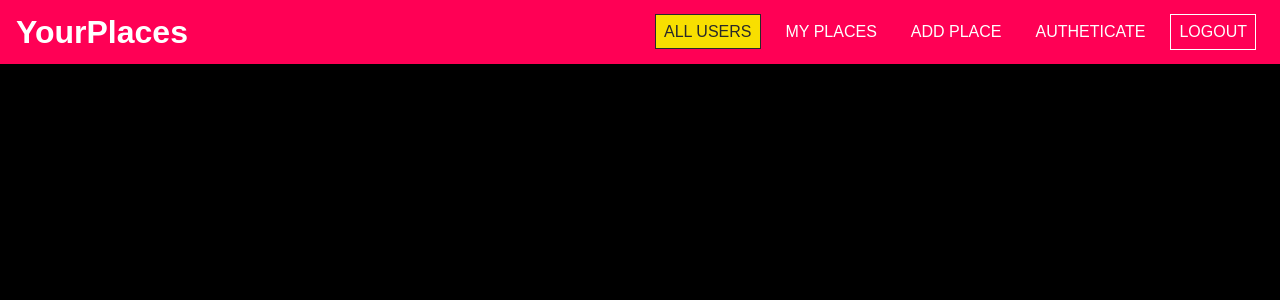
Repository: TanviSanyal/ImageEditingBootcamp
Page: /
The author's editor kept a copy of each file at every save. The page is drawn from the files as they stood at one save, then again after the next save.
The browser window is 1280 px wide. The pictures show the whole page.
The project was rebuilt for these pictures with package versions that can differ from the ones it lists, and the page was loaded fresh each time. Also part of the build but not shown: src/shared/components/navigation/SideDrawer.css, src/shared/components/UIElements/Backdrop.css, src/shared/components/UIElements/Backdrop.js.

Above is the page before, as saved 2020-09-26 22:44:23.

### public/index.html
<!DOCTYPE html>
<html lang="en">
  <head>
    <meta charset="utf-8" />
    <link rel="icon" href="%PUBLIC_URL%/favicon.ico" />
    <meta name="viewport" content="width=device-width, initial-scale=1" />
    <meta name="theme-color" content="#000000" />
    <meta
      name="description"
      content="Web site created using create-react-app"
    />
    <link rel="apple-touch-icon" href="%PUBLIC_URL%/logo192.png" />
    <link rel="manifest" href="%PUBLIC_URL%/manifest.json" />
    <title>React App</title>
  </head>
  <body>
    <noscript>You need to enable JavaScript to run this app.</noscript>
    <div id="backdrop-hook"></div>
    <div id="modal-hook"></div>
    <div id="drawer-hook"></div>
    <div id="root"></div>
  </body>
</html>

### src/index.css
@import url('https://fonts.googleapis.com/css?family=Open+Sans:400,700&display=swap');

* {
  box-sizing: border-box;
}

html {
  font-family:Arial, Helvetica, sans-serif;
	font-weight:normal;
}

body {
  margin: 0;
  background: black;
}

### src/App.js
import React from 'react';
import {
  BrowserRouter as Router,
  Route,
  Redirect,
  Switch
} from 'react-router-dom';
import './App.css'
import MainNavigation from '../src/shared/components/navigation/MainNavigation';


const App = () => {

  // <Switch>
  //   <Route path="/" exact>
  //     {/* <Users /> */}
  //   </Route>
  //   <Route path="/:userId/places" exact>
  //     {/* <UserPlaces /> */}
  //   </Route>
  //   <Route path="/places/new" exact>
  //     {/* <NewPlace /> */}
  //   </Route>
  //   <Route path='/places/:placeId'>
  //     {/* <UpdatePlace /> */}
  //   </Route>
  //   <Redirect to="/" />
  // </Switch>

  return (
    <Router>
      <MainNavigation />
      <main className="main-body">
        <span>welcome to</span>
        <span> Online Image Editing Bootcamp</span>
      </main>
    </Router>
  );
};

export default App;

### src/App.css
main {
  text-align: center;
  align-items: center;
  padding-top: 30vh;
}

### src/shared/components/navigation/MainNavigation.js
import React, { useState } from 'react';
import { Link } from 'react-router-dom';

import MainHeader from './MainHeader';
import NavLinks from './NavLinks';
import SideDrawer from './SideDrawer';
import Backdrop from '../UIElements/Backdrop';
import './MainNavigation.css';

const MainNavigation = props => {
  const [drawerIsOpen, setDrawerIsOpen] = useState(false);

  const openDrawerHandler = () => {
    setDrawerIsOpen(true);
  };

  const closeDrawerHandler = () => {
    setDrawerIsOpen(false);
  };

  return (
    <React.Fragment>
      {drawerIsOpen && <Backdrop onClick={closeDrawerHandler} />}
      <SideDrawer show={drawerIsOpen} onClick={closeDrawerHandler}>
        <nav className="main-navigation__drawer-nav">
          <NavLinks />
        </nav>
      </SideDrawer>

      <MainHeader>
        <button className="main-navigation__menu-btn" onClick={openDrawerHandler}>
          <span />
          <span />
          <span />
        </button>
        <h1 className="main-navigation__title">
          <Link to="/">YourPlaces</Link>
        </h1>
        <nav className="main-navigation__header-nav">
          <NavLinks />
        </nav>
      </MainHeader>
    </React.Fragment>
  );
};

export default MainNavigation;

### src/shared/components/navigation/MainHeader.js
import React from 'react';

import './MainHeader.css';

const MainHeader = props => {
  return <header className="main-header">{props.children}</header>;
};

export default MainHeader;

### src/shared/components/navigation/NavLinks.js
import React,{useContext} from 'react';
import './NavLinks.css';
import {NavLink} from 'react-router-dom';
// import {AuthContext} from '../../context/auth-context';

const NavLinks = props => {

    // const auth = useContext(AuthContext);
    return(
        <ul className="nav-links">
            <li>
                <NavLink to="/" exact>ALL USERS</NavLink>
            </li>
           <li>
                <NavLink to="/u1/places">MY PLACES</NavLink>
            </li>
           <li>
                <NavLink to="/places/new">ADD PLACE</NavLink>
            </li>
            <li>
                <NavLink to="/auth">AUTHETICATE</NavLink>
            </li>
             <li><button >LOGOUT</button></li>
        </ul>
    );
};

export default NavLinks;

### src/shared/components/navigation/MainNavigation.css
.main-navigation__menu-btn {
    width: 3rem;
    height: 3rem;
    background: transparent;
    border: none;
    display: flex;
    flex-direction: column;
    justify-content: space-around;
    margin-right: 2rem;
    cursor: pointer;
  }

  .main-navigation__menu-btn span {
    display: block;
    width: 3rem;
    height: 2.5px;
    background: white;
  }

  .main-navigation__title {
    color: white;
  }

  .main-navigation__title a {
    text-decoration: none;
    color: white;
  }

  .main-navigation__header-nav {
    display: none;
  }

  .main-navigation__drawer-nav {
    height: 100%;
  }

  @media (min-width: 768px) {
    .main-navigation__menu-btn {
      display: none;
    }

    .main-navigation__header-nav {
      display: block;
    }
  }

### src/shared/components/navigation/NavLinks.css
.nav-links {
    list-style: none;
    margin: 0;
    padding: 0;
    width: 100%;
    height: 100%;
    display: flex;
    flex-direction: column;
    justify-content: center;
    align-items: center;
  }

  .nav-links li {
    margin: 1rem;
  }

  .nav-links a {
    border: 1px solid transparent;
    color: #292929;
    text-decoration: none;
    padding: 0.5rem;
  }

  .nav-links a:hover,
  .nav-links a:active,
  .nav-links a.active {
    background: #f8df00;
    border-color: #292929;
    color: #292929;
  }

  .nav-links button {
    cursor: pointer;
    border: 1px solid #292929;
    color: #292929;
    background: transparent;
    padding: 0.5rem;
    font: inherit;
  }

  .nav-links button:focus {
    outline: none;
  }

  .nav-links button:hover,
  .nav-links button:active {
    background: #292929;
    color: white;
  }

  @media (min-width: 768px) {
    .nav-links {
      flex-direction: row;
    }

    .nav-links li {
      margin: 0 0.5rem;
    }

    .nav-links a {
      color: white;
      text-decoration: none;
    }

    .nav-links button {
      border: 1px solid white;
      color: white;
      background: transparent;
    }

    .nav-links button:hover,
    .nav-links button:active {
      background: #f8df00;
      color: #292929;
    }
  }

Loaded but not shown: src/index.js (common file); src/shared/components/navigation/SideDrawer.js (common file); src/shared/components/navigation/MainHeader.css (common file)

After the next save:
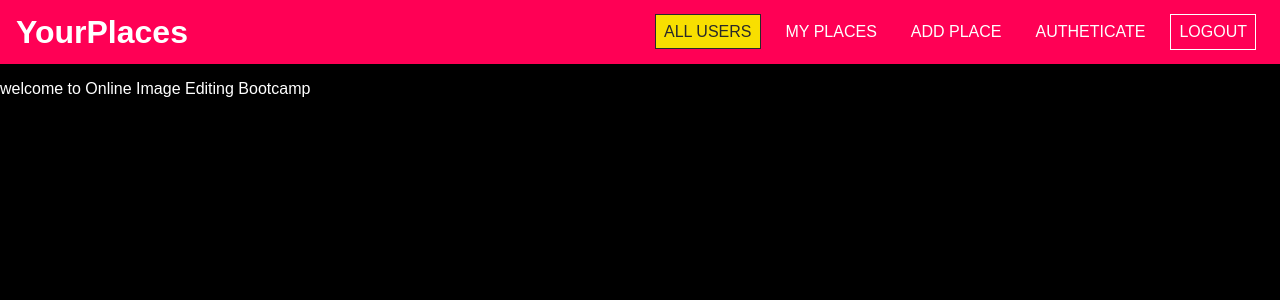
Saved 61 s later.
--- a/src/App.css
+++ b/src/App.css
@@ -1,5 +1,3 @@
-main {
-  text-align: center;
-  align-items: center;
-  padding-top: 30vh;
+.main-body span{
+  color: white;
 }
